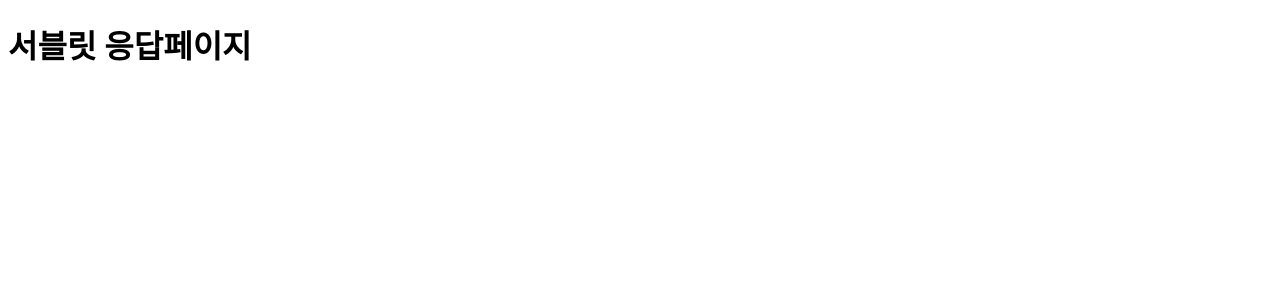
Repository: beescuit9510/toyProjects
Page: http://localhost/02_noDbProject/responseTest
The author's editor kept a copy of each file at every save. The page is drawn from the files as they stood at one save, then again after the next save.
The browser window is 1280 px wide. The pictures show the whole page.
The page is served by Tomcat 9.

Above is the page before, as saved 2021-09-29 07:12:52.

After the next save:
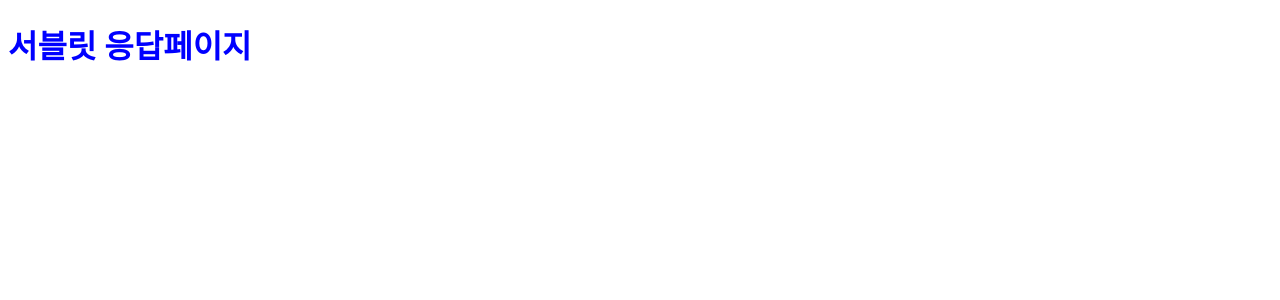
Saved 66 s later.
--- a/web-server-workplace/02_noDbProject/src/main/java/kr/or/iei/controller/ResponseTestServlet.java
+++ b/web-server-workplace/02_noDbProject/src/main/java/kr/or/iei/controller/ResponseTestServlet.java
@@ -45,6 +45,7 @@ public class ResponseTestServlet extends HttpServlet {
 		out.println("<html><head><title>응답페이지</title></head><body>");
 		out.println("<h1>서블릿 응답페이지</h1>");
 		out.println("</body></html>");
+		out.println("<style>h1{color:blue}</style>");
 
 
 
